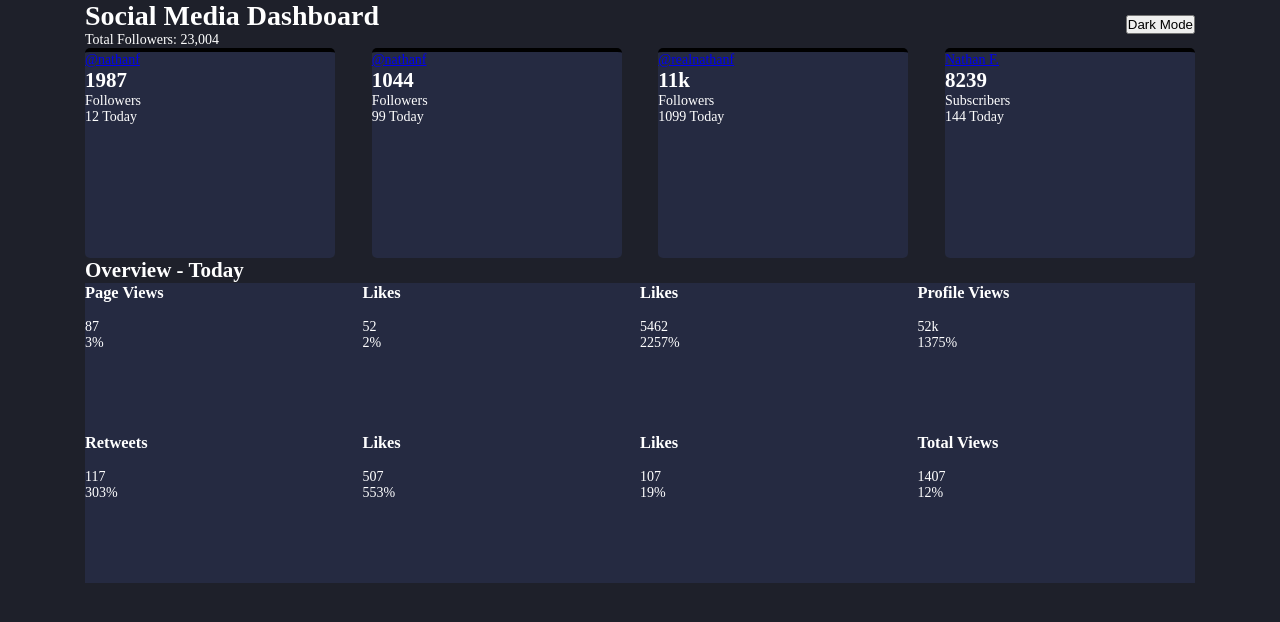
Repository: mamulini/social-media-dashboard-with-theme-switcher-master
Page: index.html
The author's editor kept a copy of each file at every save. The page is drawn from the files as they stood at one save, then again after the next save.
The browser window is 1280 px wide. The pictures show the whole page.

Above is the page before, as saved 2020-04-06 12:58:17.

### index.html
<!DOCTYPE html>
<html lang="en">

<head>
  <meta charset="UTF-8">
  <meta name="viewport" content="width=device-width, initial-scale=1.0">
  <link rel="icon" type="image/png" sizes="32x32" href="./images/favicon-32x32.png">
  <link rel="stylesheet" href="./css/style.css">
  <title>Frontend Mentor | [Challenge Name Here]</title>
</head>

<body>
  <main class="dashboard container">
    <header class="header">
      <div class="title">
        <h1 class="title__name">Social Media Dashboard</h1>
        <p class="title__total">Total Followers: 23,004</p>
      </div>
      <button class="theme" type="button">Dark Mode</button>
    </header>
    <div class="followers_block">
      <div class="folowers">
        <a class="followers__link" href="#">@nathanf</a>
        <h2 class="followers__sum">1987</h2>
        <p class="followers__title">Followers</p>
        <p class="followers__today">12 Today</p>
      </div>
      <div class="folowers">
        <a class="followers__link" href="#">@nathanf
        </a>
        <h2 class="followers__sum">1044</h2>
        <p class="followers__title">Followers</p>
        <p class="followers__today">99 Today</p>
      </div>
      <div class="folowers">
        <a class="followers__link" href="#">@realnathanf


        </a>
        <h2 class="followers__sum">11k</h2>
        <p class="followers__title">Followers</p>
        <p class="followers__today">1099 Today</p>
      </div>
      <div class="folowers">
        <a class="followers__link" href="#">Nathan F.
        </a>
        <h2 class="followers__sum">8239</h2>
        <p class="followers__title">Subscribers</p>
        <p class="followers__today">144 Today</p>
      </div>

    </div>
    <div class="overview">
      <h2 class="overview__title">Overview - Today</h2>
    </div>
    <div class="likes_counter">
      <div class="likes">
        <h3 class="likes__title">Page Views</h3>
        <img src="" alt="" class="like__icon">
        <p class="likes__num">87</p>
        <p class="likes__procent">3%</p>
      </div>
      <div class="likes">
        <h3 class="likes__title">Likes</h3>
        <img src="" alt="" class="like__icon">
        <p class="likes__num">52</p>
        <p class="likes__procent">2%</p>
      </div>
      <div class="likes">
        <h3 class="likes__title">Likes</h3>
        <img src="" alt="" class="like__icon">
        <p class="likes__num">5462</p>
        <p class="likes__procent">2257%</p>
      </div>
      <div class="likes">
        <h3 class="likes__title">Profile Views</h3>
        <img src="" alt="" class="like__icon">
        <p class="likes__num">52k</p>
        <p class="likes__procent">1375%</p>
      </div>
      <div class="likes">
        <h3 class="likes__title">Retweets</h3>
        <img src="" alt="" class="like__icon">
        <p class="likes__num">117</p>
        <p class="likes__procent">303%</p>
      </div>
      <div class="likes">
        <h3 class="likes__title">Likes</h3>
        <img src="" alt="" class="like__icon">
        <p class="likes__num">507</p>
        <p class="likes__procent">553%</p>
      </div>
      <div class="likes">
        <h3 class="likes__title">Likes</h3>
        <img src="" alt="" class="like__icon">
        <p class="likes__num">107</p>
        <p class="likes__procent">19%</p>
      </div>
      <div class="likes">
        <h3 class="likes__title">Total Views</h3>
        <img src="" alt="" class="like__icon">
        <p class="likes__num">1407</p>
        <p class="likes__procent">12%</p>
      </div>
    </div>
  </main>
  <!-- <div class="attribution">
    Challenge by <a href="https://www.frontendmentor.io?ref=challenge" target="_blank">Frontend Mentor</a>.
    Coded by <a href="#">Your Name Here</a>.
  </div> -->
</body>

</html>

### css/style.css
*{
    padding: 0;
    margin: 0;
    box-sizing: border-box;
}

body{
    font-size: 14px;
    background: hsl(230, 17%, 14%);
    color: #ffffff;
}

.container{
    max-width: 1110px;
    margin: 0 auto;

}

.header{
    display: flex;
    justify-content: space-between;
    align-items: center;
}

.followers_block{
    display: flex;
    justify-content: space-between;
}

.folowers{
    width: 250px;
    height: 210px;
    background: #e4e4e4;
    border-top: 4px solid #000;
    border-radius: 5px;
    background: hsl(228, 28%, 20%);
}

.likes_counter{
    display: flex;
    justify-content: space-between;
    flex-wrap: wrap;
}

.likes{
    flex: 0 0 25%;
    width: 250px;
    height: 150px;
    background:  hsl(228, 28%, 20%);;
}






.attribution { font-size: 11px; text-align: center; }
.attribution a { color: hsl(228, 45%, 44%); }

After the next save:
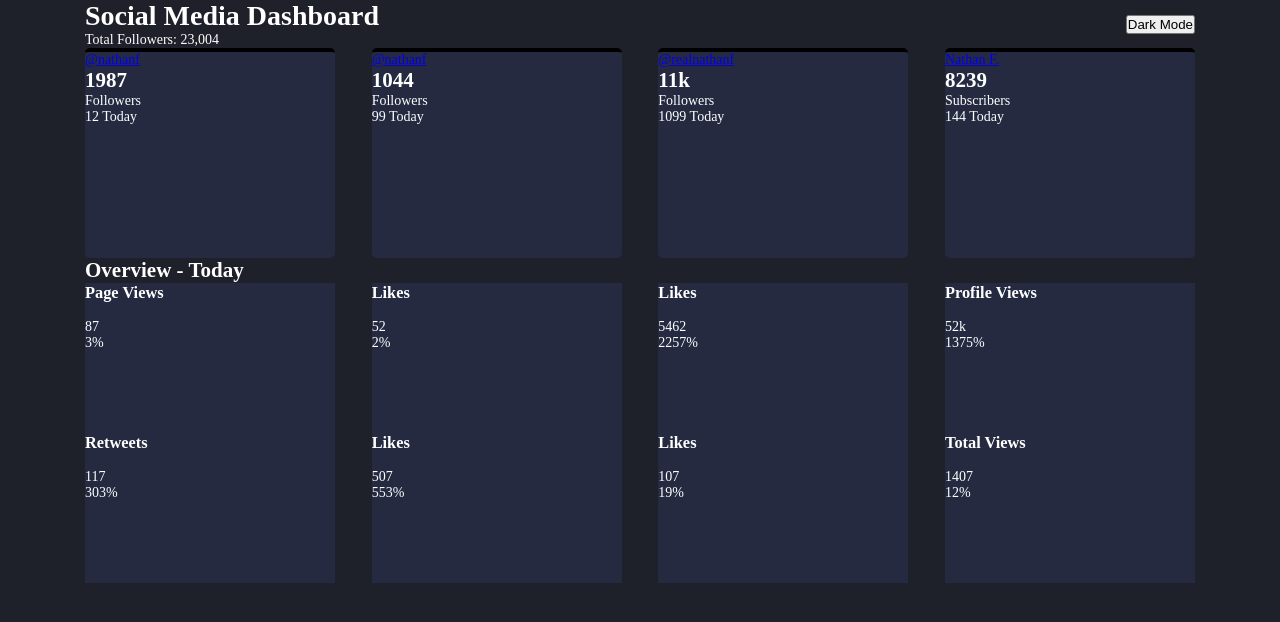
Saved 95 s later.
--- a/css/style.css
+++ b/css/style.css
@@ -43,7 +43,7 @@ body{
 }
 
 .likes{
-    flex: 0 0 25%;
+    flex: 0 0 calc(25% - #{$gap});
     width: 250px;
     height: 150px;
     background:  hsl(228, 28%, 20%);;
